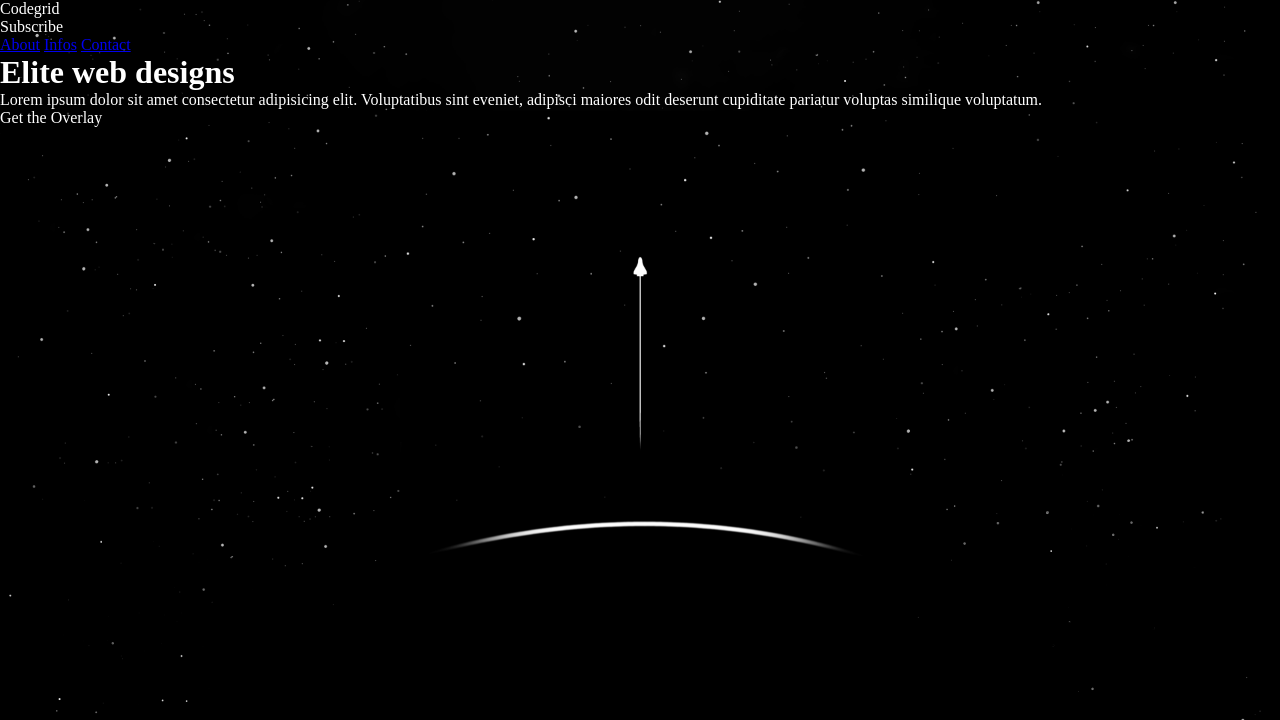
Repository: burhanjawed/Responsive-Slide-Out-Menu
Page: index.html
An editor plug-in stored every save of this project. The page is shown before and after the next save, followed by the edit.
The browser window is 1280 px wide. The pictures show the whole page.
Some icons come from a web library that is not loaded, so they are not drawn. An inner scrolling area shows only its first screen. Some web libraries are served in a nearby version.

Above is the page before, as saved 2023-11-26 21:14:34.

After the next save:
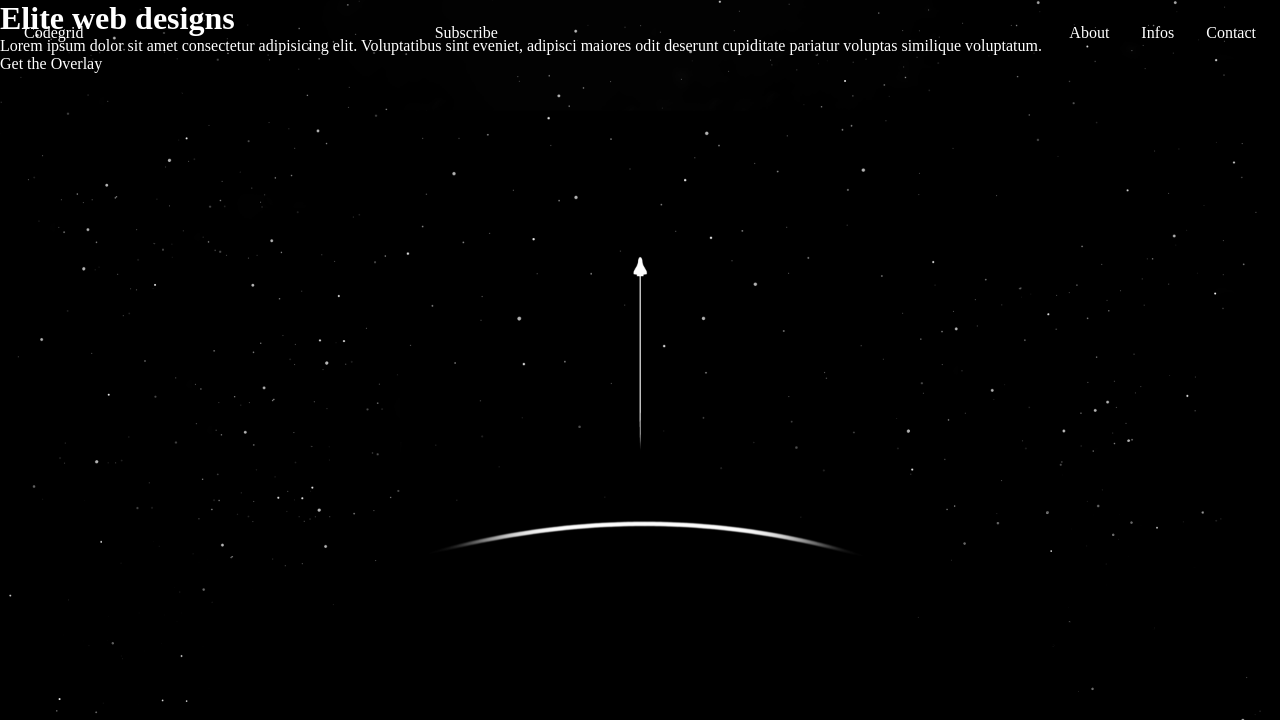
Saved 30 min 12 s later.
--- a/styles.css
+++ b/styles.css
@@ -21,3 +21,29 @@ body {
   background: url(assets/bg.png) no-repeat 50% 50%;
   background-size: cover;
 }
+
+nav {
+  position: fixed;
+  width: 100%;
+  display: flex;
+  padding: 1.5em;
+}
+
+nav > div {
+  flex: 1;
+}
+
+.cta {
+  text-align: center;
+}
+
+.links {
+  display: flex;
+  justify-content: flex-end;
+  gap: 2em;
+}
+
+a {
+  text-decoration: none;
+  color: #fff;
+}
